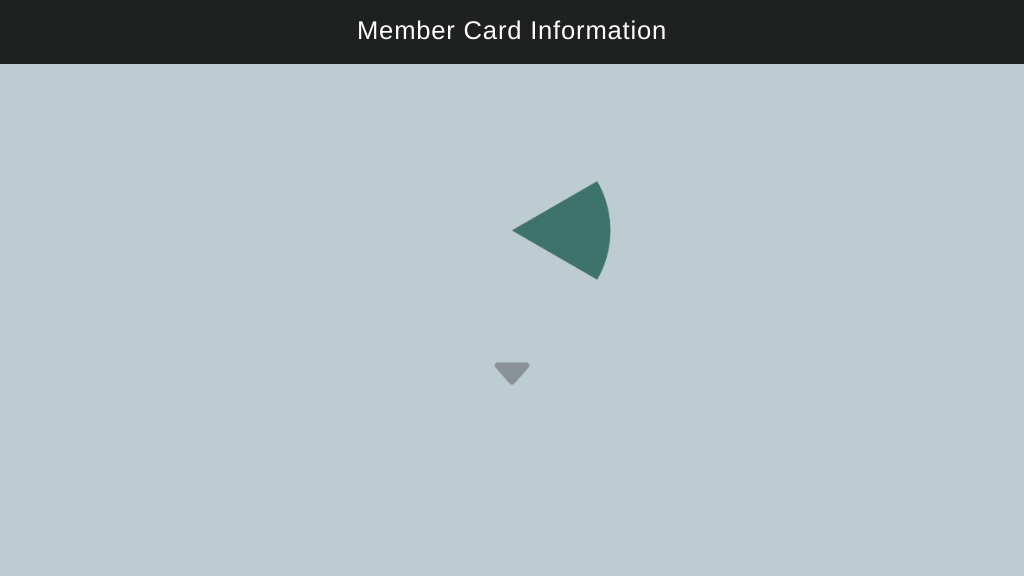
Repository: Leooook/lzhao-fed-test
Page: /
An editor plug-in stored every save of this project. The page is shown before and after a run of saves, followed by the edit.
The browser window is 1280 px wide. The pictures show the whole page, at 80% of full size.
The page's requests for data from a server got no answer. The project was rebuilt for these pictures with package versions that can differ from the ones it lists, and the page was loaded fresh each time. No one was signed in, and anything a server would have sent is missing. Also part of the build but not shown: src/components/detail.jsx.

Above is the page before, as saved 2021-03-15 21:52:29.

After the next 2 saves:
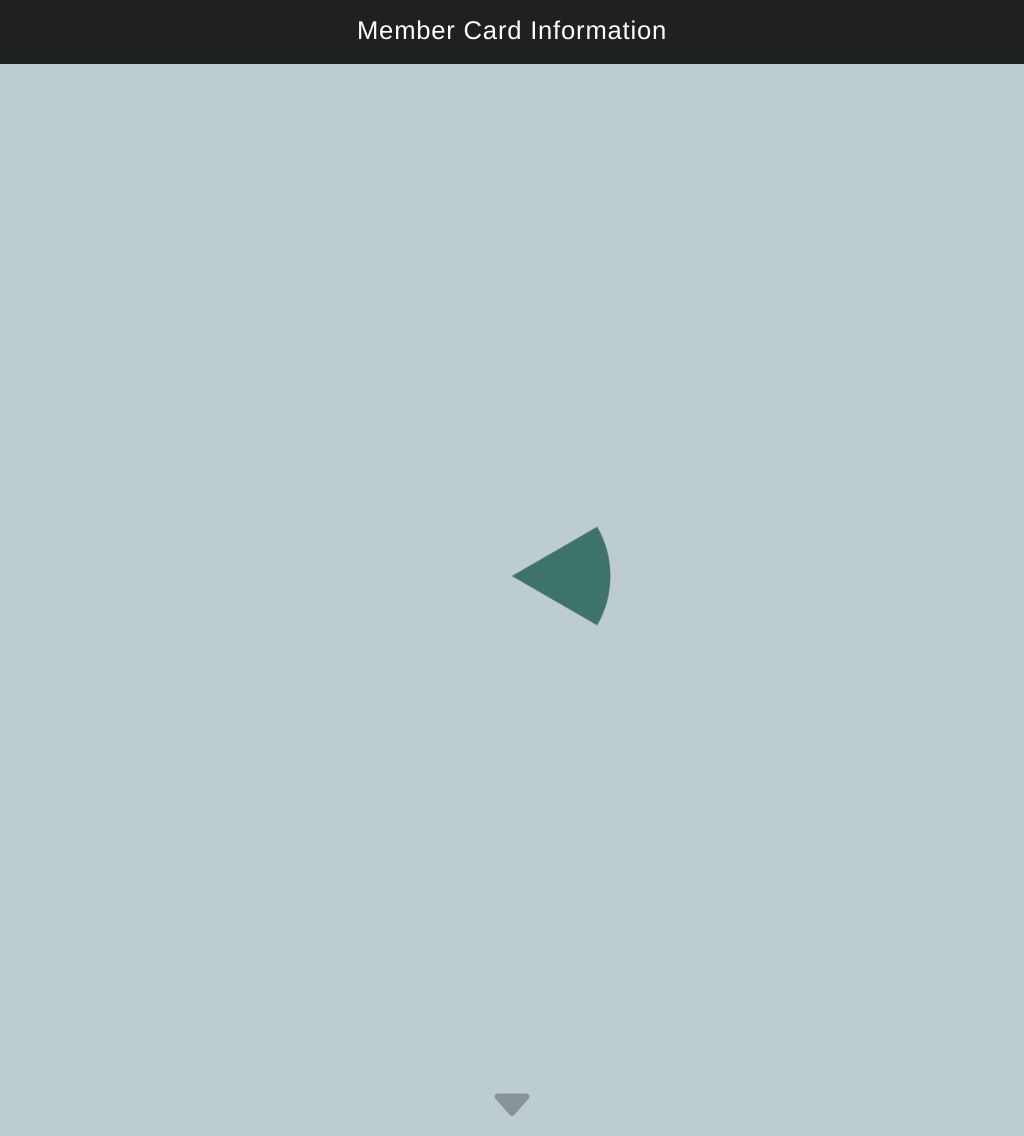
The 2 saves are shown as one change because they came seconds apart.
The last was saved 15 s later.
--- a/src/App.css
+++ b/src/App.css
@@ -70,7 +70,7 @@
 	height: 20%;
 	width: 20%;
 	display: block;
-	margin: auto;
+	margin: 40% auto;
 }
 /* end of loader */
 /* feature */
